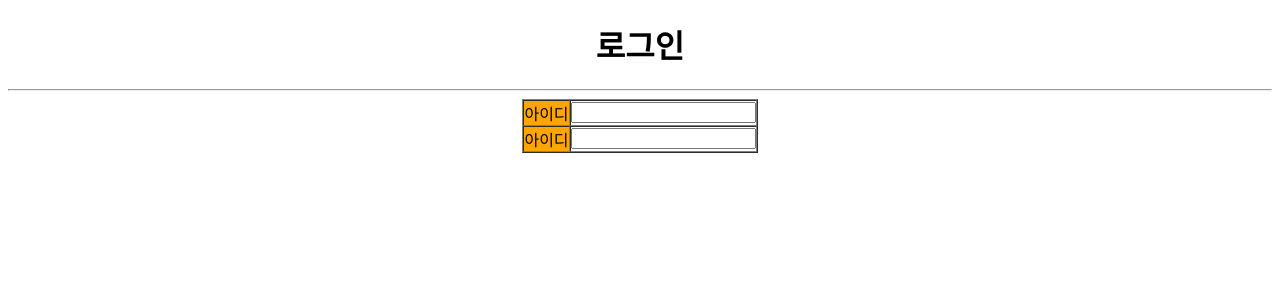
Repository: kong980/EclipseWork
Page: ServletTest3/src/main/webapp/Index.html
These files come from the project's save history. The page is drawn as it stood at one moment and after the next save; the edit follows.
The browser window is 1280 px wide. The pictures show the whole page.

Above is the page before, as saved 2023-09-14 03:10:01.

After the next save:
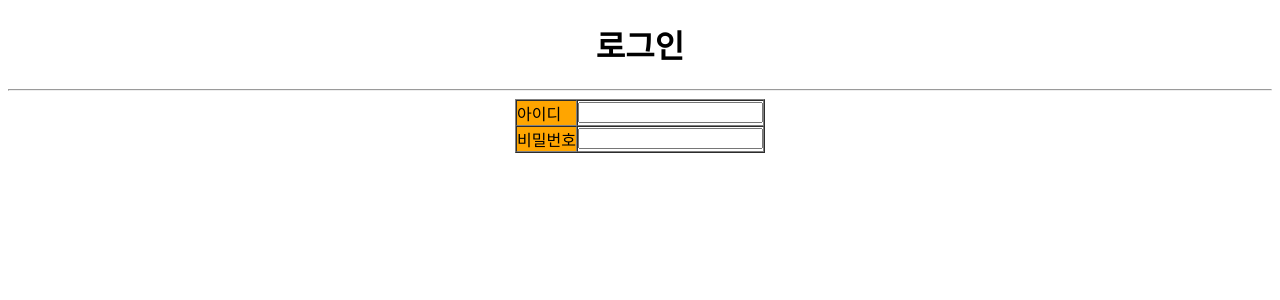
Saved 4 s later.
--- a/ServletTest3/src/main/webapp/Index.html
+++ b/ServletTest3/src/main/webapp/Index.html
@@ -15,7 +15,7 @@
 					<td><input type="text" name="id"/></td>
 				</tr>
 				<tr>
-					<td bgcolor="orange">아이디</td>
+					<td bgcolor="orange">비밀번호</td>
 					<td><input type="text" name="id"/></td>
 				</tr>
 			</table>
